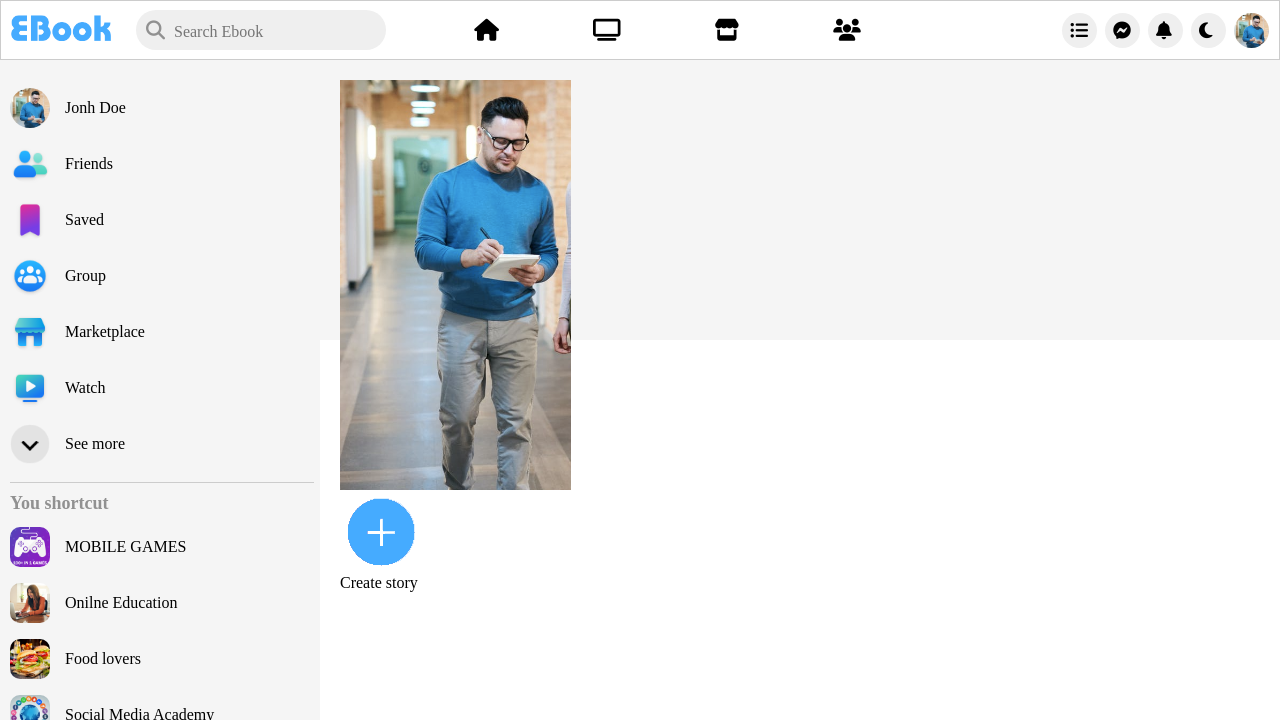
Repository: datvu1608/cloneebook
Page: index.html
An editor plug-in stored every save of this project. The page is shown before and after the next save, followed by the edit.
The browser window is 1280 px wide. The pictures show the whole page.
Some web libraries are served in a nearby version.

Above is the page before, as saved 2023-02-23 15:21:00.

After the next save:
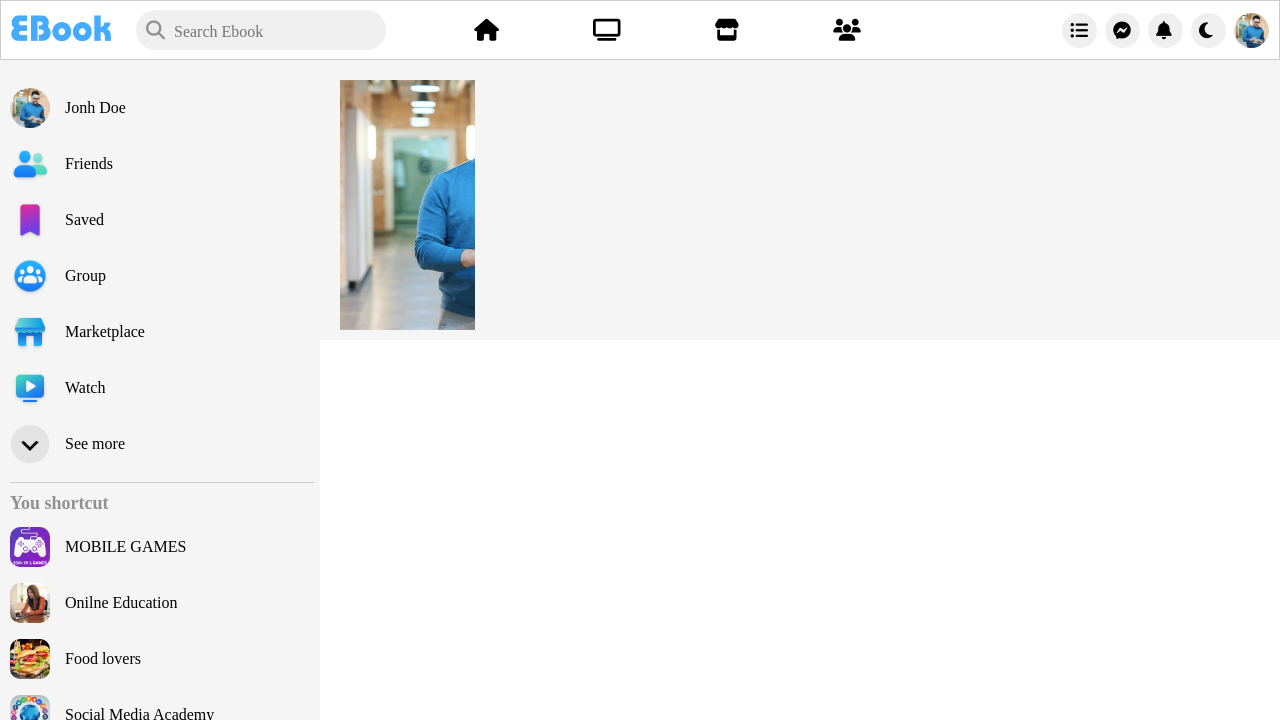
Saved 4 s later.
--- a/style.css
+++ b/style.css
@@ -197,4 +197,5 @@ nav .right img {
 .main .center .top_box .my_story_card {
   width: 135px;
   height: 250px;
-}
+  overflow: hidden;
+}
